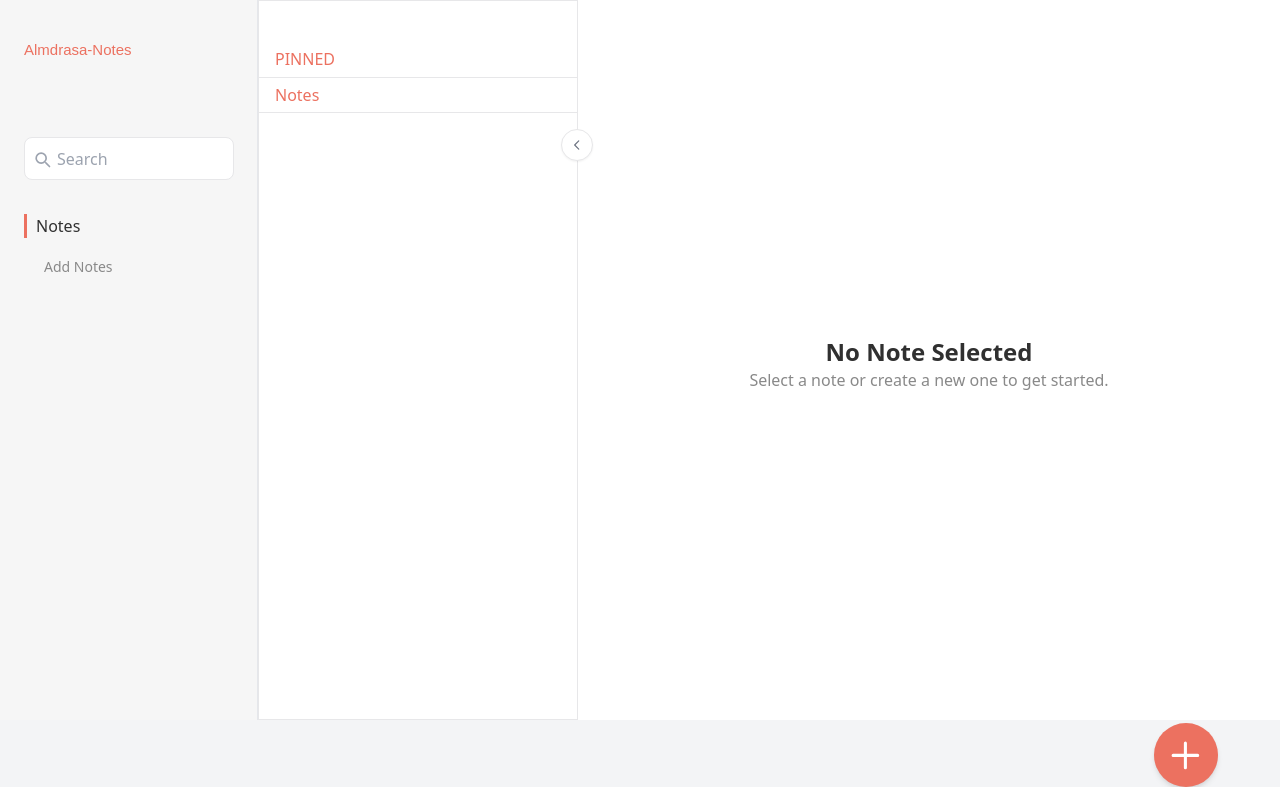
Repository: wafaa399/Note-App
Page: index.html
These files come from the project's save history. The page is drawn as it stood at one moment and after the next save; the edit follows.
The browser window is 1280 px wide. The pictures show the whole page.
Some web fonts or font styles are not loaded; a fallback is used. Some web libraries are served in a nearby version.

Above is the page before, as saved 2026-07-20 02:55:01.

### index.html
<!doctype html>
<html lang="en">
  <head>
    <meta charset="UTF-8" />
    <meta name="viewport" content="width=device-width, initial-scale=1.0" />
    <meta
      name="description"
      content="A notes application built with HTML, CSS, and JavaScript."
    />
    <meta name="keywords" content="notes, HTML, CSS, JavaScript" />
    <link rel="icon" href="/img/Logo.png" type="image/png" />
    <title>Note App</title>
    <script src="https://cdn.tailwindcss.com"></script>
    <link rel="preconnect" href="https://fonts.googleapis.com" />
    <link rel="preconnect" href="https://fonts.gstatic.com" crossorigin />
    <link
      href="https://fonts.googleapis.com/css2?family=Aclonica&display=swap"
      rel="stylesheet"
    />

    <script>
      tailwind.config = {
        theme: {
          extend: {
            fontFamily: {
              aclonica: ["Aclonica", "sans-serif"],
            },
          },
        },
      };
    </script>
  </head>
  <script
    type="module"
    src="https://unpkg.com/ionicons@7.1.0/dist/ionicons/ionicons.esm.js"
  ></script>
  <script
    nomodule
    src="https://unpkg.com/ionicons@7.1.0/dist/ionicons/ionicons.js"
  ></script>
  <script type="module" src="./src/controller.js"></script>
  <body class="bg-gray-100 h-screen overflow-hidden text-sm text-gray-800">
    <div class="flex h-screen w-screen relative">
      <!--------SIDEBAR -------->
      <aside
        id="sidebar"
        class="bg-[#F6F6F6] border-r border-gray-200 flex-shrink-0 overflow-hidden pl-6 pt-10"
        style="width: 16.125rem"
      >
        <div class="w-[8.375rem] h-[1.0625rem] mb-[5rem]">
          <h1 class="font-aclonica text-[0.9375rem] text-[#EC7160] font-normal">
            Almdrasa-Notes
          </h1>
        </div>

        <div class="relative mb-5 w-[13.125rem] h-[2.6875rem]">
          <input
            type="text"
            placeholder="Search"
            class="w-full h-full text-[1rem] border border-[#E7E7E9] rounded-lg pl-8 py-2 outline-none focus:ring-1 focus:ring-red-400"
          />
          <svg
            class="w-5 h-5 text-gray-400 absolute left-2 top-1/2 -translate-y-1/2"
            fill="none"
            stroke="currentColor"
            viewBox="0 0 24 24"
          >
            <path
              stroke-linecap="round"
              stroke-linejoin="round"
              stroke-width="2"
              d="M21 21l-4.35-4.35M17 11a6 6 0 11-12 0 6 6 0 0112 0z"
            />
          </svg>
        </div>
        <div class="space-y-2">
          <button
            data-view="notes"
            class="nav-item relative w-full h-[3.3rem] pl-3 rounded text-[1rem] font-medium text-[#303030] flex items-center"
          >
            <span
              class="absolute left-0 top-1/2 -translate-y-1/2 w-[.2rem] h-[1.5rem] bg-[#EC7160]"
            ></span>
            Notes
          </button>

          <button
            data-view="add"
            class="nav-item w-full h-3 text-left pl-5 rounded text-[#898989] flex items-center hover:bg-gray-50"
          >
            Add Notes
          </button>
        </div>
      </aside>

      <!--NOTES LIST:pinned or all -->
      <section
        class="relative w-80 flex-shrink-0 border border-[#E7E7E9] bg-white text-[#EC7160] h-full"
      >
        <div class="h-full overflow-y-auto overflow-x-hidden px-4 pt-12">
          <div class="mb-1">
            <p class="text-[1rem] font-normal mb-2">PINNED</p>
            <div id="pinnedList" class="space-y-1"></div>
          </div>
          <div class="mt-17">
            <div
              class="-mx-4 mb-8 h-[36px] border-y border-[#E7E7E9] flex items-center"
            >
              <p class="px-4 text-[1rem] font-normal">Notes</p>
            </div>
            <div id="notesList" class="space-y-9"></div>
          </div>
        </div>
        <button
          id="toggleBtn"
          class="absolute top-32 right-0 translate-x-1/2 z-20 w-8 h-8 bg-white border border-[#E7E7E9] rounded-full flex items-center justify-center shadow-sm hover:bg-gray-50 transition-all"
        >
          <svg
            id="toggleIcon"
            class="w-3.5 h-3.5 text-gray-500 transition-transform"
            fill="none"
            stroke="currentColor"
            viewBox="0 0 24 24"
          >
            <path
              stroke-linecap="round"
              stroke-linejoin="round"
              stroke-width="2"
              d="M15 19l-7-7 7-7"
            />
          </svg>
        </button>
      </section>
      <!--NOTE DETAIL -->
      <main class="flex-1 overflow-y-auto bg-white">
        <div id="detailView" class="flex justify-center pt-[114px]"></div>
        <button
          id="addNoteFab"
          class="absolute top-[45.2rem] right-[3.9rem] w-16 h-16 rounded-full bg-[#EC7160] text-white flex items-center justify-center shadow-md hover:bg-[#e05f4d] transition-colors"
        >
          <svg
            class="w-[2.3rem] h-[2.3rem]"
            fill="none"
            stroke="currentColor"
            viewBox="0 0 24 24"
          >
            <path
              stroke-linecap="round"
              stroke-linejoin="round"
              stroke-width="2"
              d="M12 4v16m8-8H4"
            />
          </svg>
        </button>
      </main>
    </div>
  </body>
</html>

### src/controller.js
// ==========================================
// CONTROLLER: هو الوحيد اللي بيكلم الـ Model والـ Views مع بعض
// ==========================================
import * as Model from "./model.js";
import { renderNotesList } from "./Views/notesView.js";
import { renderNoteDetail, renderAddNoteForm } from "./Views/detailsView.js";

let currentQuery = "";

function refreshList() {
  const source = currentQuery
    ? Model.searchNotes(currentQuery)
    : Model.getAllNotes();
  const pinned = source.filter((n) => n.pinned);
  const unpinned = source.filter((n) => !n.pinned);

  renderNotesList({
    pinned,
    unpinned,
    onSelect: (id) => {
      const note = Model.getNoteById(id);
      renderNoteDetail(note);
    },
    onDelete: (id) => {
      Model.deleteNote(id);
      refreshList();
      renderNoteDetail(null);
    },
  });
}

function showAddNoteForm() {
  renderAddNoteForm({
    onSubmit: ({ title, author, content, pinned }) => {
      const note = Model.addNote({ title, author, content, pinned });
      refreshList();
      renderNoteDetail(note);
    },
  });
}

function initSidebar() {
  document.querySelectorAll(".nav-item").forEach((btn) => {
    btn.addEventListener("click", () => {
      const view = btn.dataset.view;
      if (view === "add") {
        showAddNoteForm();
      } else {
        renderNoteDetail(null);
      }
    });
  });

  document
    .getElementById("addNoteFab")
    .addEventListener("click", showAddNoteForm);
}

function initSearch() {
  document
    .querySelector('input[placeholder="Search"]')
    .addEventListener("input", (e) => {
      currentQuery = e.target.value;
      refreshList();
    });
}

function initToggleSidebar() {
  const sidebar = document.getElementById("sidebar");
  const toggleBtn = document.getElementById("toggleBtn");
  const toggleIcon = document.getElementById("toggleIcon");
  let collapsed = false;

  toggleBtn.addEventListener("click", () => {
    collapsed = !collapsed;
    sidebar.style.width = collapsed ? "0rem" : "16.125rem";
    sidebar.style.paddingLeft = collapsed ? "0" : "";
    toggleIcon.style.transform = collapsed ? "rotate(180deg)" : "rotate(0deg)";
  });
}

function init() {
  initSidebar();
  initSearch();
  initToggleSidebar();
  refreshList();
  renderNoteDetail(null);
}

document.addEventListener("DOMContentLoaded", init);

### src/model.js
const Storage_Key = "almdrasa_notes";

// قراءة البيانات من Local Storage
function loadNotes() {
  const data = localStorage.getItem(Storage_Key);
  return data ? JSON.parse(data) : [];
}

// حفظ البيانات في Local Storage
function saveNotes(notes) {
  localStorage.setItem(Storage_Key, JSON.stringify(notes));
}

let notes = loadNotes();

export function getAllNotes() {
  return notes;
}

///status of notes
//1-pinned notes
export function getPinnedNotes() {
  return notes.filter((n) => n.pinned);
}

//2-regular notes
export function getUnpinnedNotes() {
  return notes.filter((n) => !n.pinned);
}
export function getNoteById(id) {
  return notes.find((n) => n.id === id);
}

export function addNote({ title, author, content, pinned = false }) {
  const newNote = {
    id: Date.now().toString(),
    title,
    author,
    content,
    date: new Date().toISOString(),
    pinned,
  };
  notes.unshift(newNote);
  saveNotes(notes);
  return newNote;
}

export function deleteNote(id) {
  notes = notes.filter((n) => n.id !== id);
  saveNotes(notes);
}

// export function togglePin(id) {
//   const note = getNoteById(id);
//   if (note) {
//     note.pinned = !note.pinned;
//     saveNotes(notes);
//   }
// }

export function searchNotes(query) {
  const q = query.trim().toLowerCase();
  if (!q) return notes;
  return notes.filter(
    (n) =>
      n.title.toLowerCase().includes(q) || n.content.toLowerCase().includes(q),
  );
}

### src/views/notesView.js
import { formatDate, truncate, clear } from "../helper.js";

function noteItemHTML(note) {
  return `
    <div class="w-[16.625rem] h-[6.625rem] note-item cursor-pointer px-2 py-2 rounded hover:bg-gray-50" data-id="${note.id}">
      <p class="font-medium text-[#303030] leading-6 text-[1rem] ">${note.title}</p>
      <p class="w-[16.5625rem] h-[2.5rem] text-[#898989]  text-[.82rem] font-medium leading-5  mt-1">${truncate(note.content, 70)}</p>
      <div class=" w-[14.5625rem] flex justify-between items-center mt-1 ">
        <span class="text-[#898989] text-[.81rem]  leading-5  font-medium mt-2">${formatDate(note.date)}</span>
        <button class="delete-btn text-[#D82700] text-sm " data-id="${note.id}">Delete</button>
      </div>
    </div>
  `;
}

export function renderNotesList({ pinned, unpinned, onSelect, onDelete }) {
  const pinnedContainer = document.getElementById("pinnedList");
  const notesContainer = document.getElementById("notesList");
  clear(pinnedContainer);
  clear(notesContainer);

  pinned.forEach((note) =>
    pinnedContainer.insertAdjacentHTML("beforeend", noteItemHTML(note)),
  );
  unpinned.forEach((note) =>
    notesContainer.insertAdjacentHTML("beforeend", noteItemHTML(note)),
  );

  document.querySelectorAll(".note-item").forEach((item) => {
    item.addEventListener("click", (e) => {
      if (e.target.classList.contains("delete-btn")) return;
      onSelect(item.dataset.id);
    });
  });

  document.querySelectorAll(".delete-btn").forEach((btn) => {
    btn.addEventListener("click", (e) => {
      e.stopPropagation();
      onDelete(btn.dataset.id);
    });
  });
}

### src/views/detailsView.js
import { formatDate } from "../helper.js";

export function renderNoteDetail(note) {
  const container = document.getElementById("detailView");
  if (!note) {
    container.innerHTML = `
      <div class="flex flex-col items-center justify-center h-[70vh] text-center">
    <h2 class="text-[24px] font-semibold text-[#303030] mb-2">
      No Note Selected
    </h2>
    <p class="text-[16px] text-[#898989]">
      Select a note or create a new one to get started.
    </p>
    </div>`;
    return;
  }
  container.innerHTML = `
    <h2 class="text-2xl font-semibold text-[#303030] mb-1">${note.title}</h2>
    <p class="text-gray-400 text-sm mb-6">${formatDate(note.date)} / By ${note.author}</p>
    <p class="text-gray-600 leading-7 whitespace-pre-line">${note.content}</p>
  `;
}

export function renderAddNoteForm({ onSubmit }) {
  const container = document.getElementById("detailView");
  container.innerHTML = `

    <div class=" w-[37.5rem] h-[34.625rem] space-y-4 ">
    <h2 class="text-[1.63rem] leading-8 font-semibold text-[#303030] mb-6">Add Note</h2>
      <div class="w-[31.25rem] h-[4.4375rem]">
        <label class="block text-gray-500 mb-1">Title*</label>
        <input id="noteTitle" type="text" class=" w-[31.25rem] h-[2.8125rem] border border-gray-200 rounded px-3 py-2 outline-none focus:ring-1 focus:ring-red-400" />
      </div>
      <div class="w-[31.25rem] h-[4.4375rem]">
        <label class="block text-gray-500 mb-1">Author*</label>
        <input id="noteAuthor" type="text" class=" w-[31.25rem] h-[2.8125rem] border border-gray-200 rounded px-3 py-2 outline-none focus:ring-1 focus:ring-red-400" />
      </div>
      <div>
        <label class="block text-gray-500 mb-1">Your Note*</label>
        <textarea id="noteContent" rows="6" class="w-[31.25rem] h-[12rem] border border-gray-200 rounded px-3 py-2 outline-none focus:ring-1 focus:ring-red-400"></textarea>
      </div>
      <div class="flex gap-3">
        <button id="addNoteBtn" class="w-[9rem] h-[2.5rem] bg-[#EC7160] text-white px-5 py-2 rounded hover:bg-[#e05f4d]">Add Note</button>
        <button id="addPinnedBtn" class="w-[8.625rem] h-[2.5rem] bg-[#EC7160] text-white  px-4 py-2 rounded hover:bg-[#e05f4d]">Add pinned note</button>
      </div>
    </div>
  `;

  function submitHandler(pinned) {
    const title = document.getElementById("noteTitle").value.trim();
    const author = document.getElementById("noteAuthor").value.trim();
    const content = document.getElementById("noteContent").value.trim();
    if (!title || !author || !content) {
      alert("Please complete all required fields.");
      return;
    }
    onSubmit({ title, author, content, pinned });
  }

  document
    .getElementById("addNoteBtn")
    .addEventListener("click", () => submitHandler(false));
  document
    .getElementById("addPinnedBtn")
    .addEventListener("click", () => submitHandler(true));
}

### src/helper.js
export function formatDate(isoString) {
  const date = new Date(isoString);
  return date.toLocaleDateString("en-US", {
    month: "short",
    day: "numeric",
    year: "numeric",
  });
}
// //if the description of note very long add like etc...
export function truncate(text, maxLength = 90) {
  if (text.length <= maxLength) return text;
  return text.slice(0, maxLength).trim();
}

//for clearing search
export function clear(container) {
  container.innerHTML = "";
}

After the next save:
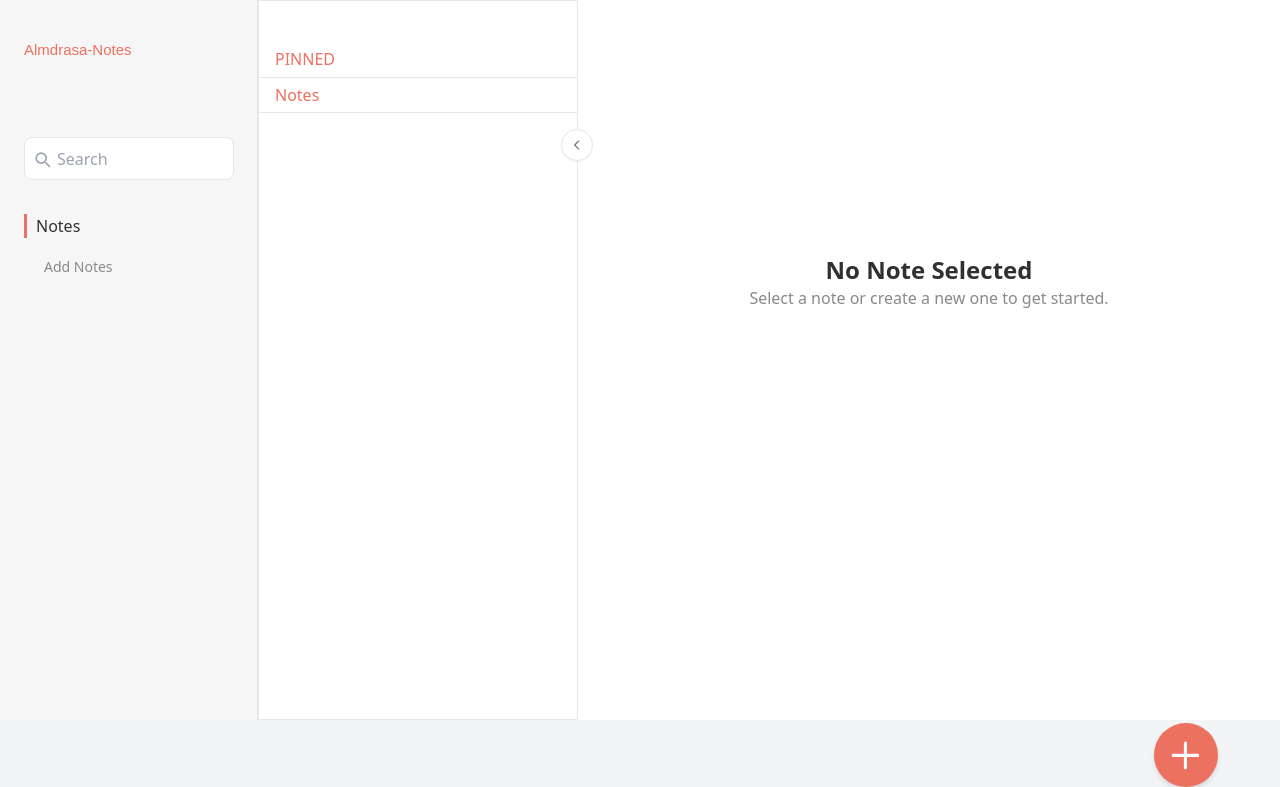
Saved 15 min 55 s later.
--- a/index.html
+++ b/index.html
@@ -133,7 +133,7 @@
       </section>
       <!--NOTE DETAIL -->
       <main class="flex-1 overflow-y-auto bg-white">
-        <div id="detailView" class="flex justify-center pt-[114px]"></div>
+        <div id="detailView" class="max-w-2xl mx-auto p-8"></div>
         <button
           id="addNoteFab"
           class="absolute top-[45.2rem] right-[3.9rem] w-16 h-16 rounded-full bg-[#EC7160] text-white flex items-center justify-center shadow-md hover:bg-[#e05f4d] transition-colors"

After the save that followed:
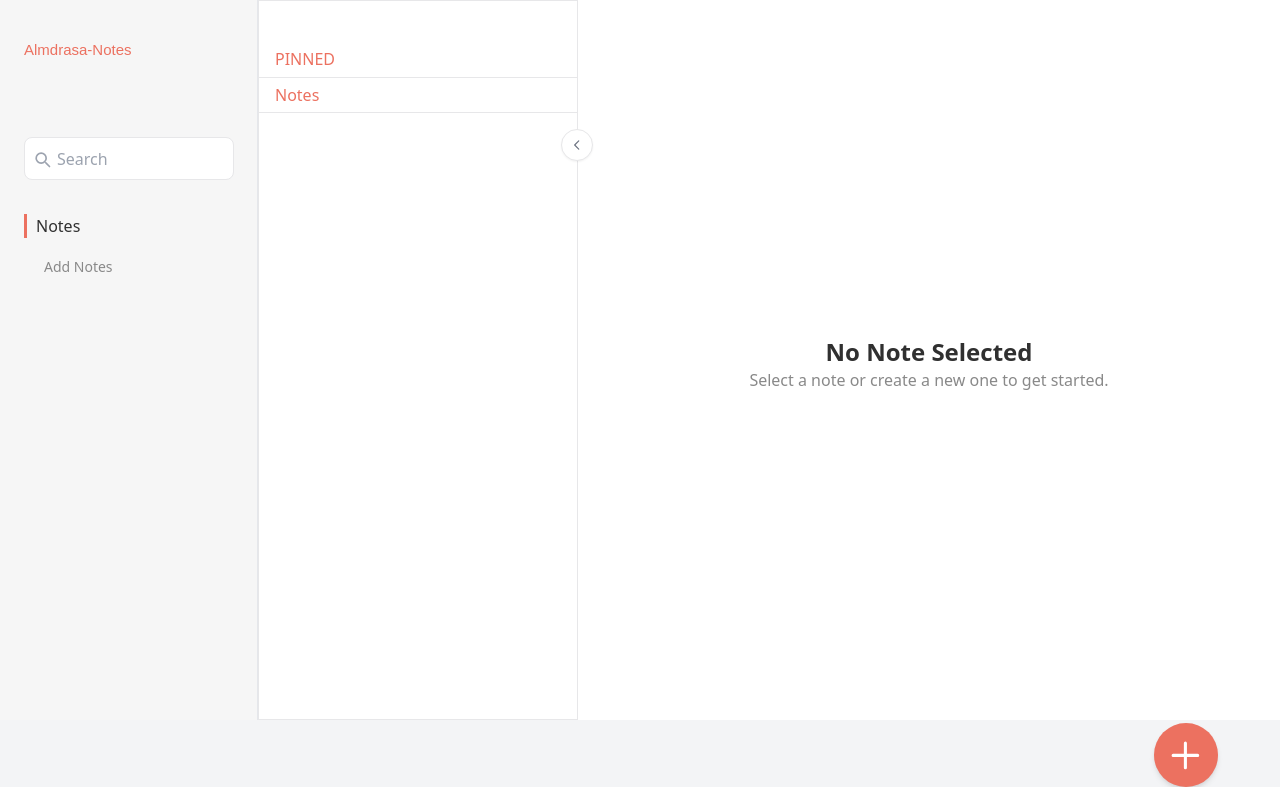
Saved 74 s later.
--- a/index.html
+++ b/index.html
@@ -133,7 +133,7 @@
       </section>
       <!--NOTE DETAIL -->
       <main class="flex-1 overflow-y-auto bg-white">
-        <div id="detailView" class="max-w-2xl mx-auto p-8"></div>
+        <div id="detailView" class="pt-[114px]"></div>
         <button
           id="addNoteFab"
           class="absolute top-[45.2rem] right-[3.9rem] w-16 h-16 rounded-full bg-[#EC7160] text-white flex items-center justify-center shadow-md hover:bg-[#e05f4d] transition-colors"
